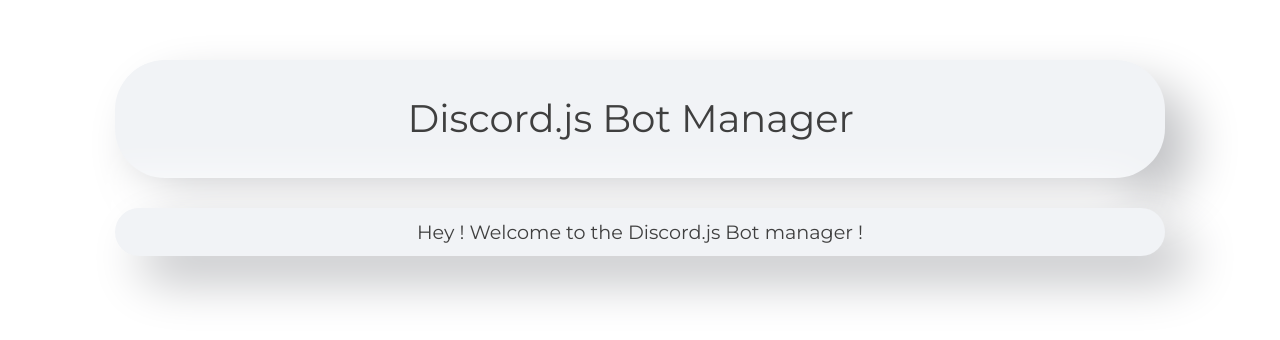
Repository: O-Schell/Discord-Bot-Manager
Page: Web_Interface/main.HTML
These files come from the project's save history. The page is drawn as it stood at one moment and after the next save; the edit follows.
The browser window is 1280 px wide. The pictures show the whole page.
The style sheet was rebuilt from its Sass, Less or Tailwind sources for each picture, by a compiler version that may differ from the author's.

Above is the page before, as saved 2020-11-24 21:32:33.

### Web_Interface/main.HTML
<!DOCTYPE html>
<html lang="fr">

<head>
  <meta charset="utf-8" />
  <title>Bot Manager</title>
  <link rel="stylesheet" href="style.css" />
  <link rel="stylesheet" href="https://maxcdn.bootstrapcdn.com/bootstrap/4.5.2/css/bootstrap.min.css">
  <script src="https://ajax.googleapis.com/ajax/libs/jquery/3.5.1/jquery.min.js"></script>
  <script src="https://cdnjs.cloudflare.com/ajax/libs/popper.js/1.16.0/umd/popper.min.js"></script>
  <script src="https://maxcdn.bootstrapcdn.com/bootstrap/4.5.2/js/bootstrap.min.js"></script>
  <!--<script src="script.js"></script>-->
</head>



<body>
  <div class="container">
    <div class="neumorphism">
      <div class="center-div">
        <div class="center-text">
          <div class="title">
            Discord.js Bot Manager
          </div>
        </div>
      </div>
    </div>
    <div class="neumorphism">
      <div class="center-div">
        <div class="center-text">
          <div class="undertitle">
            Hey ! Welcome to the Discord.js Bot manager !
          </div>
        </div>
      </div>
    </div>
  </div>

</body>

</html>

### Web_Interface/style.scss
@import url("https://fonts.googleapis.com/css?family=Montserrat:400,700&display=swap");
@import url("https://unpkg.com/bootstrap@3.3.7/dist/css/bootstrap.min.css");

$mainC: #f1f3f6;
$secC: #9dabc0;

body {
  background: $mainC;
}

.container{
  margin: 30px;
}

.center-div {
  margin: auto;
  width: 50%;
  padding: 10px;
}

.center-text {
  text-align: center;
}

.title {
  margin: 10px;
  padding: 10px 10px;
  font-size: 3vw;
  width: max-content;
  font-family: "Montserrat";
  color: #3f3f3f;
}

.undertitle {
  font-size: 1.5vw;
  font-family: "Montserrat";
  color: #3f3f3f;
}

.neumorphism {
  margin: 30px;
  border-radius: 50px;
  background: #f1f3f6;
  box-shadow: 25px 25px 50px #c1c2c5, -25px -25px 50px #ffffff;
}

After the next save:
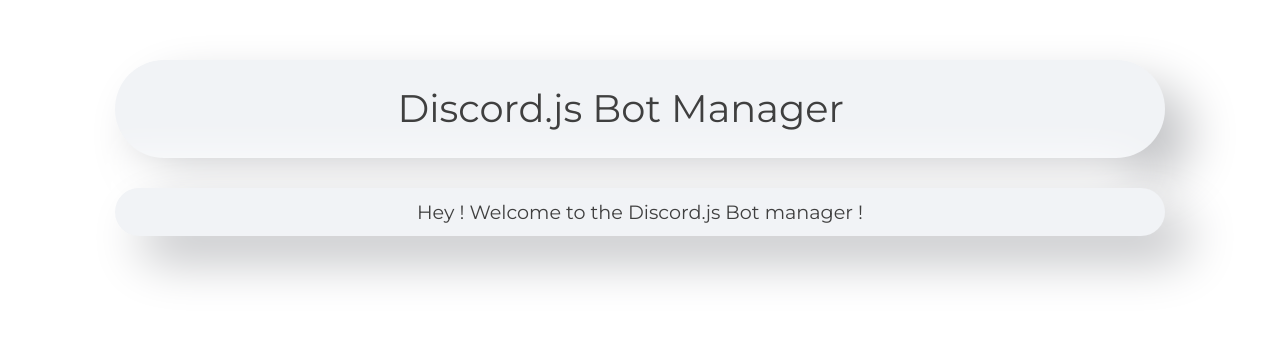
Saved 10 s later.
--- a/Web_Interface/style.scss
+++ b/Web_Interface/style.scss
@@ -24,7 +24,6 @@
 
 .title {
   margin: 10px;
-  padding: 10px 10px;
   font-size: 3vw;
   width: max-content;
   font-family: "Montserrat";
